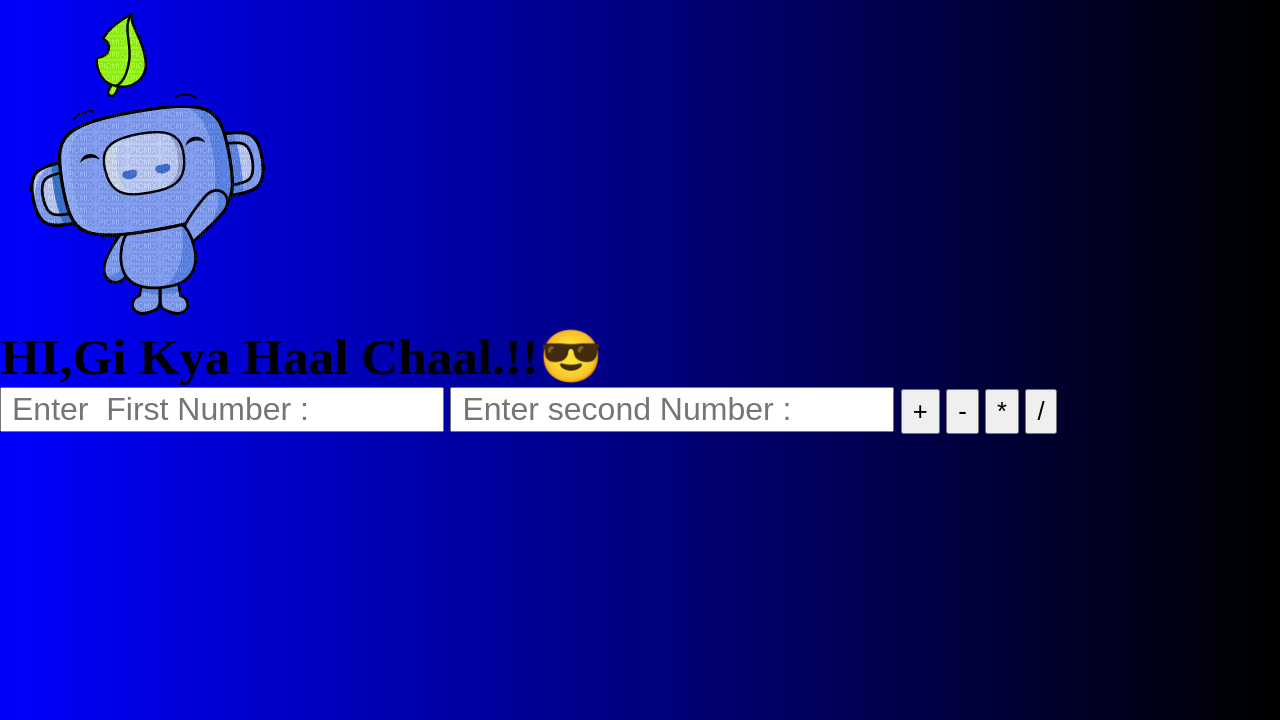
Repository: Deepak-Mane1902/simple-Calculator-using-JSP-Servlet
Page: http://localhost/webProject/
An editor plug-in stored every save of this project. The page is shown before and after the next save, followed by the edit.
The browser window is 1280 px wide. The pictures show the whole page.
The page is served by Tomcat 9.

Above is the page before, as saved 2024-12-15 06:46:44.

After the next save:
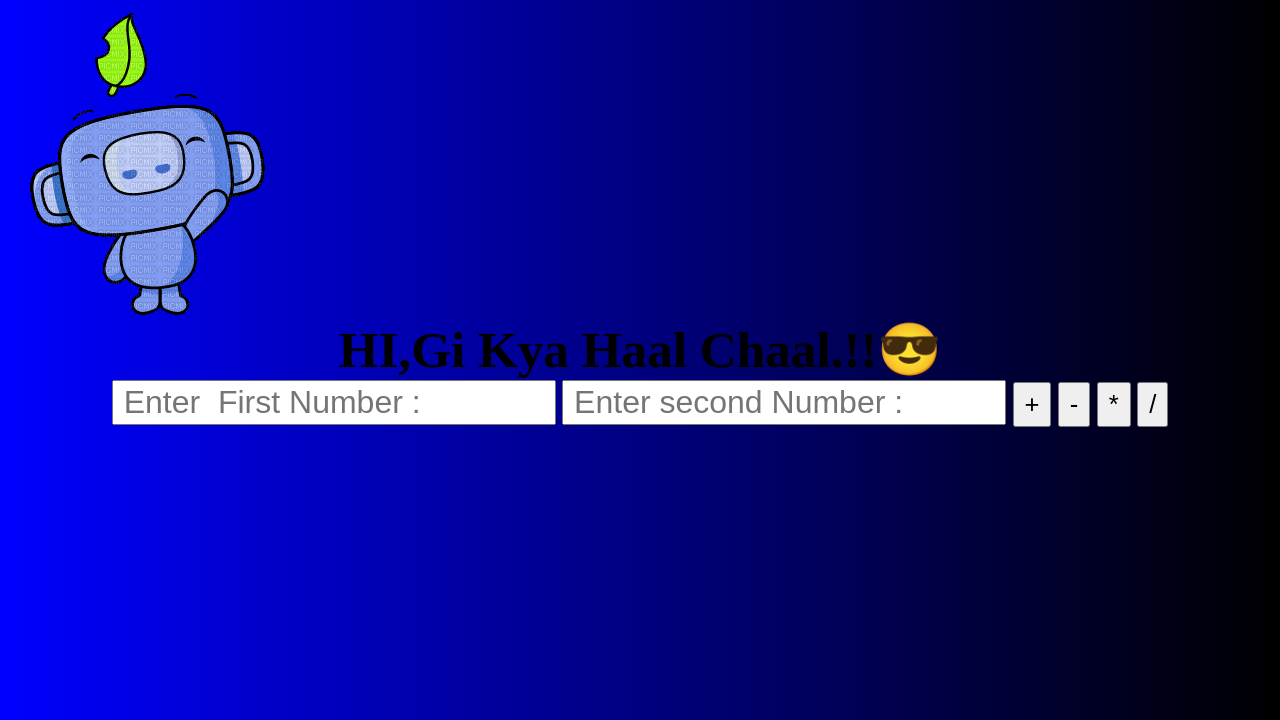
Saved 26 s later.
--- a/webProject/src/main/webapp/style.css
+++ b/webProject/src/main/webapp/style.css
@@ -9,6 +9,8 @@
 		background:linear-gradient(to right, blue,black);
 }
 main{
+	display:grid;
+	text-align:center;
 
 }
 img{
